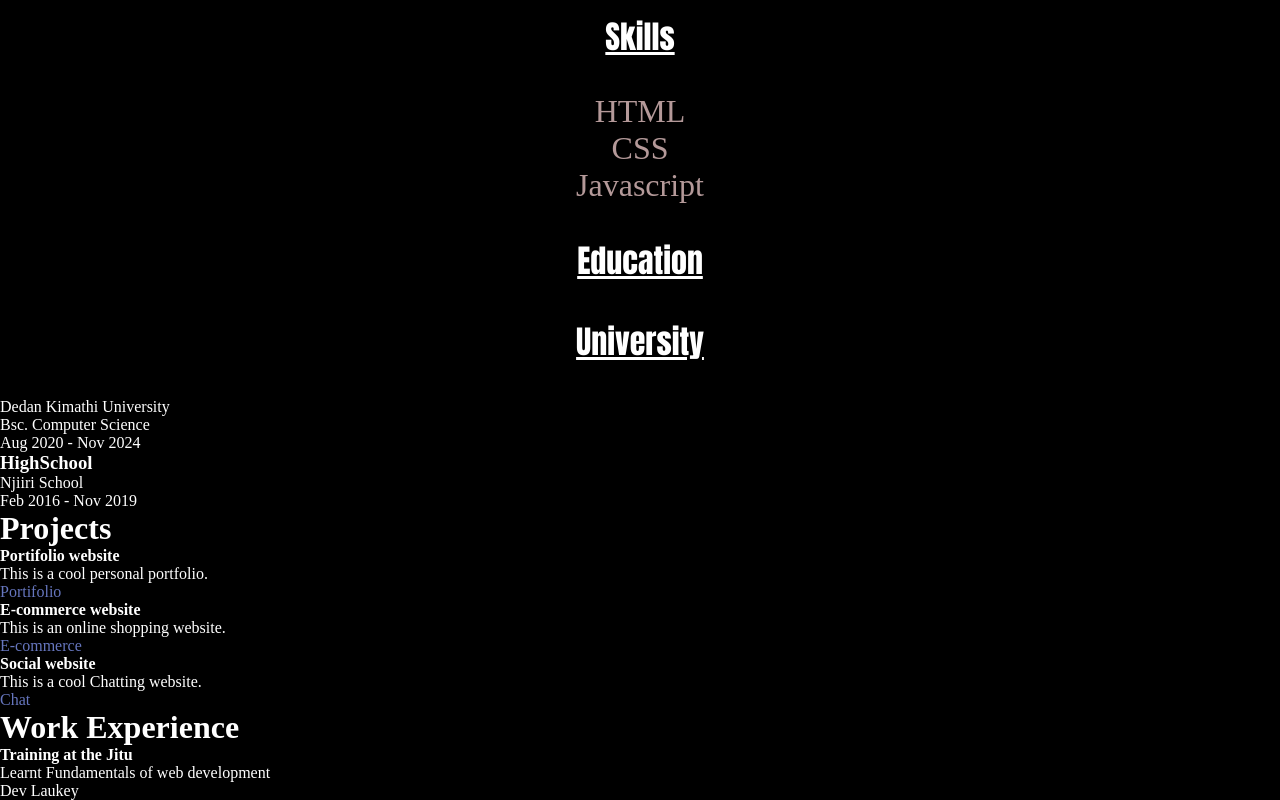
Repository: LaukeyMwaura/Jitu-Day-2
Page: index.html
An editor plug-in stored every save of this project. The page is shown before and after the next save, followed by the edit.
The browser window is 1280 px wide. The pictures show the part of the page from y = 640 to 1440 px (the page is 1440 px tall before and 1431 px after).
A picture or video elsewhere on the page could not be fetched, so the positions and the page height are approximate.

Above is the page before, as saved 2022-05-12 00:34:16.

After the next save:
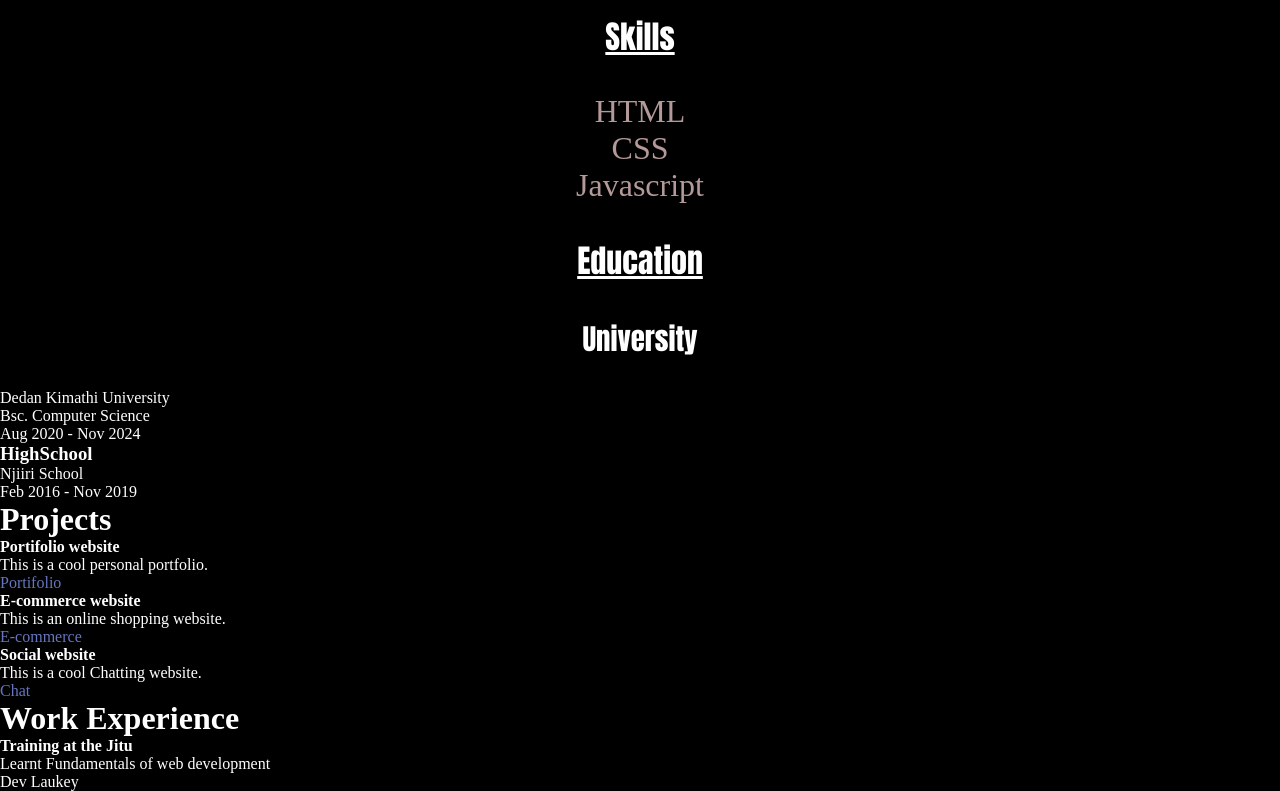
Saved 24 s later.
--- a/style.css
+++ b/style.css
@@ -17,9 +17,9 @@ body {
     font-family:Impact, Haettenschweiler, 'Arial Narrow Bold', sans-serifs;
     margin: 1em;
 }
-.subheading{ text-decoration: underline;
+.subheading{
     text-align: center;
-    font-size: 2em;
+    font-size: 1.8em;
     font-family:Impact, Haettenschweiler, 'Arial Narrow Bold', sans-serifs;
     margin: 1em;}
 .list{
